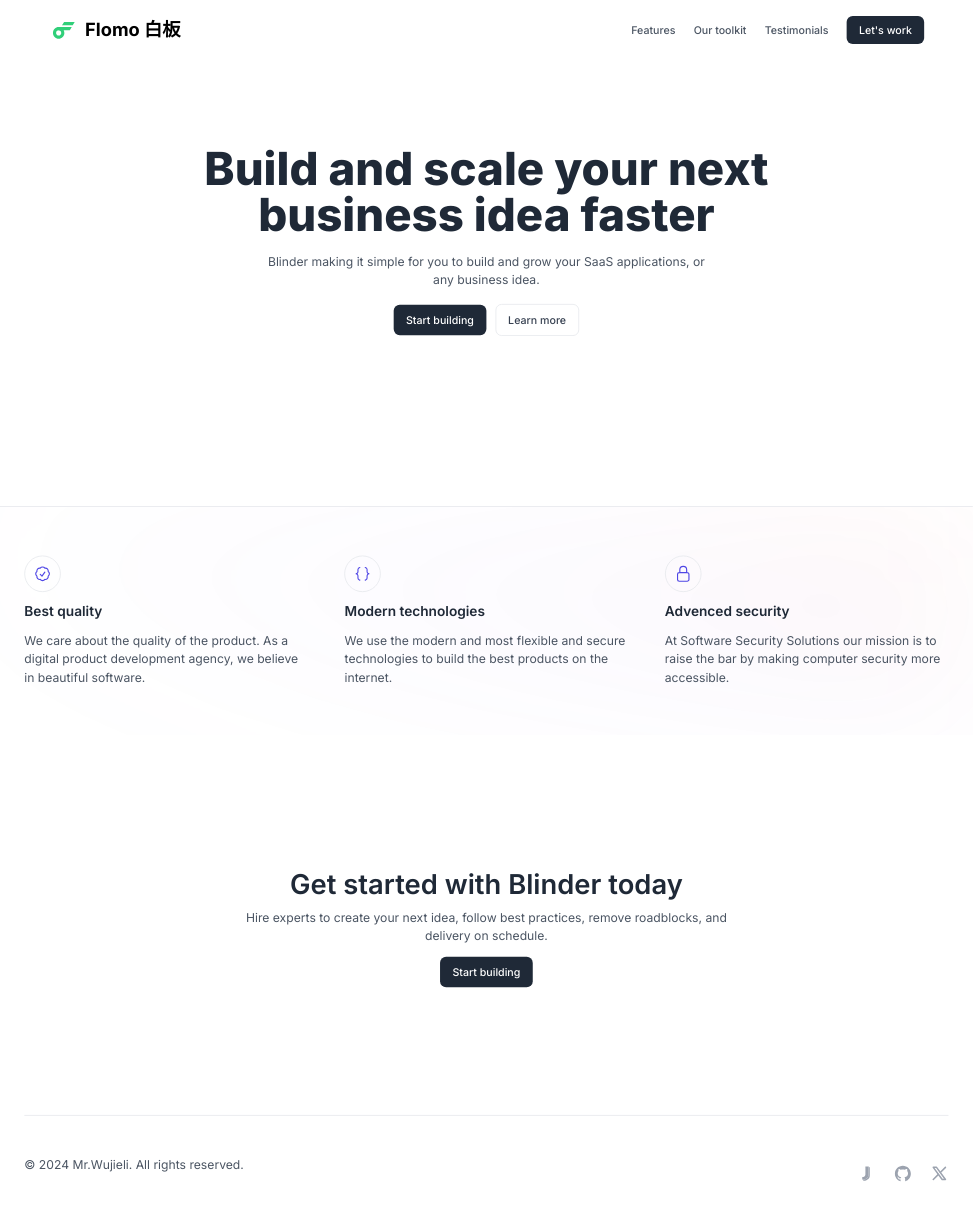
Repository: wujieli0207/flomo-board
Page: /
An editor plug-in stored every save of this project. The page is shown before and after the next save, followed by the edit.
The browser window is 1280 px wide. The pictures show the whole page, at 76% of full size.
The project was rebuilt for these pictures with package versions that can differ from the ones it lists, and the page was loaded fresh each time. The framework's server and built-in components were replaced by stand-ins that run in the browser. Also part of the build but not shown: next.config.mjs.

Above is the page before, as saved 2024-06-22 20:03:53.

After the next save:
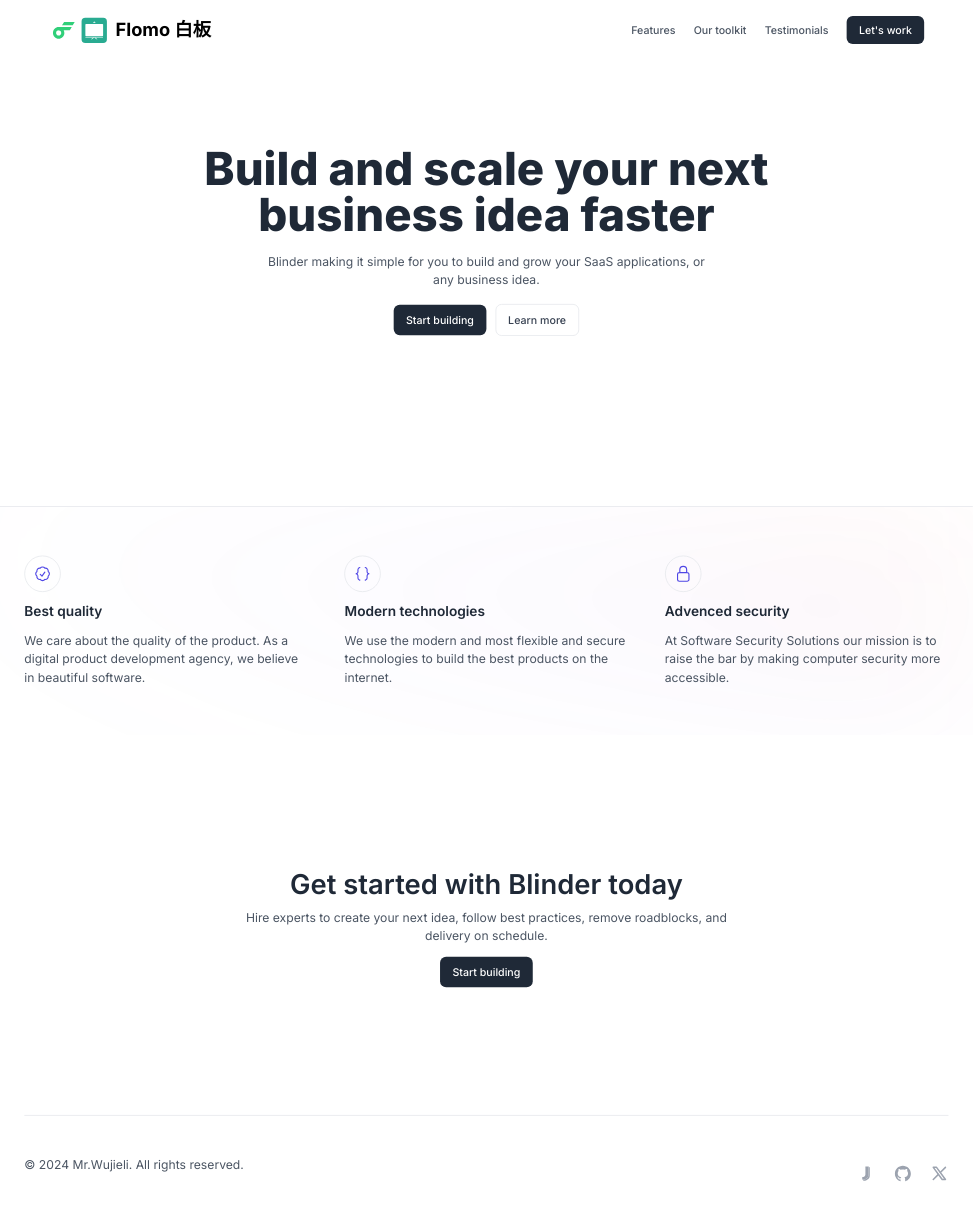
Saved 17 s later.
--- a/components/ui/Brand/index.tsx
+++ b/components/ui/Brand/index.tsx
@@ -3,7 +3,8 @@
 
 const Brand = () => (
   <Link href="/" className="flex items-center">
-    <Image src="/logo.svg" width={40} height={40} alt="logo" />
+    <Image src="/flomo-logo.svg" width={40} height={40} alt="logo" />
+    <Image src="/whiteboard-logo.svg" width={40} height={40} alt="logo" />
     <h1 className="ml-2 text-2xl font-bold">Flomo 白板</h1>
   </Link>
 )
